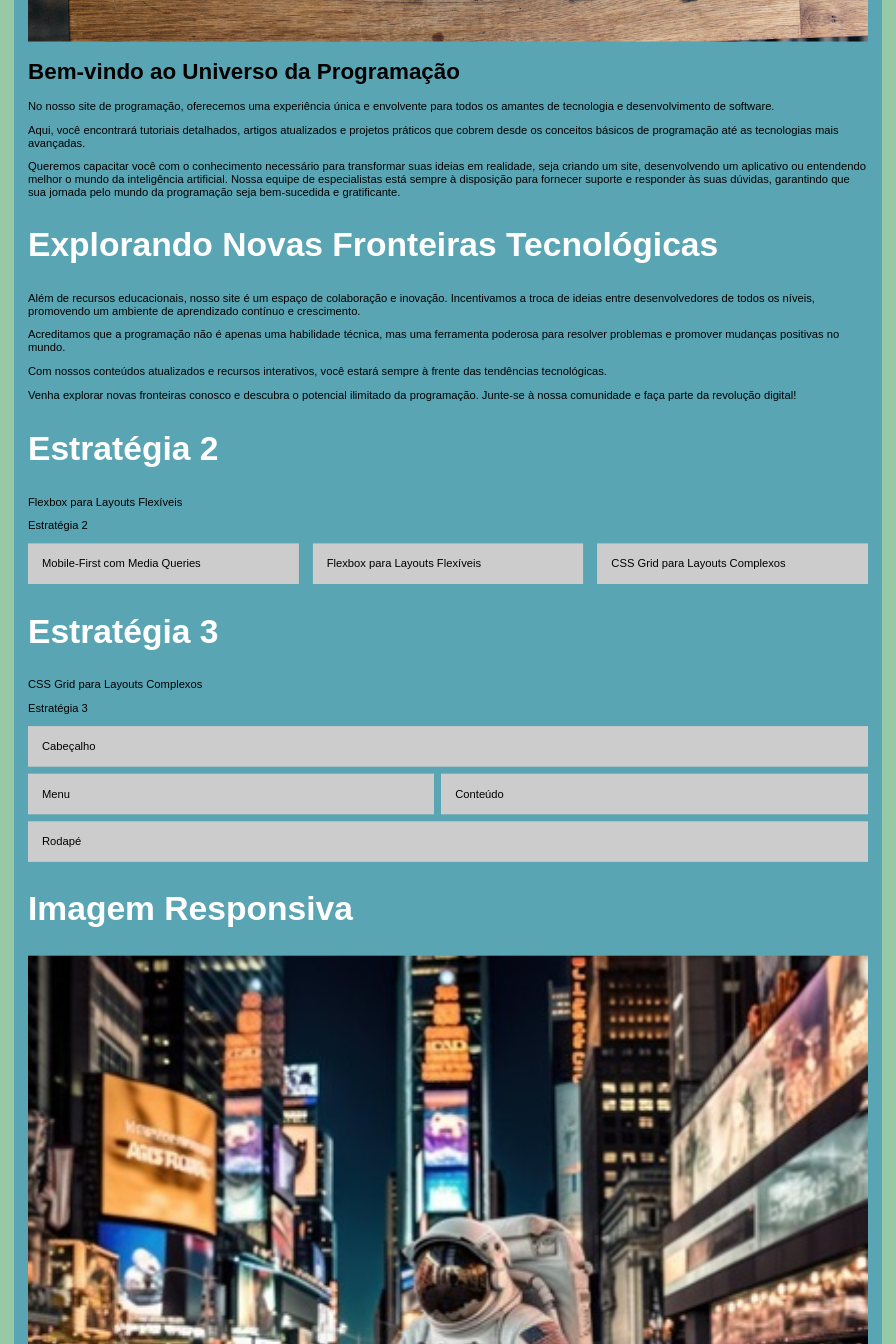
Repository: douglasabnovato/model-lp
Page: index.html
An editor plug-in stored every save of this project. The page is shown before and after a run of saves, followed by the edit.
The browser window is 1280 px wide. The pictures show the part of the page from y = 935 to 2855 px (the page is 7201 px tall before and 7235 px after), at 70% of full size.

Above is the page before, as saved 2025-02-25 17:24:39.

After the next 2 saves:
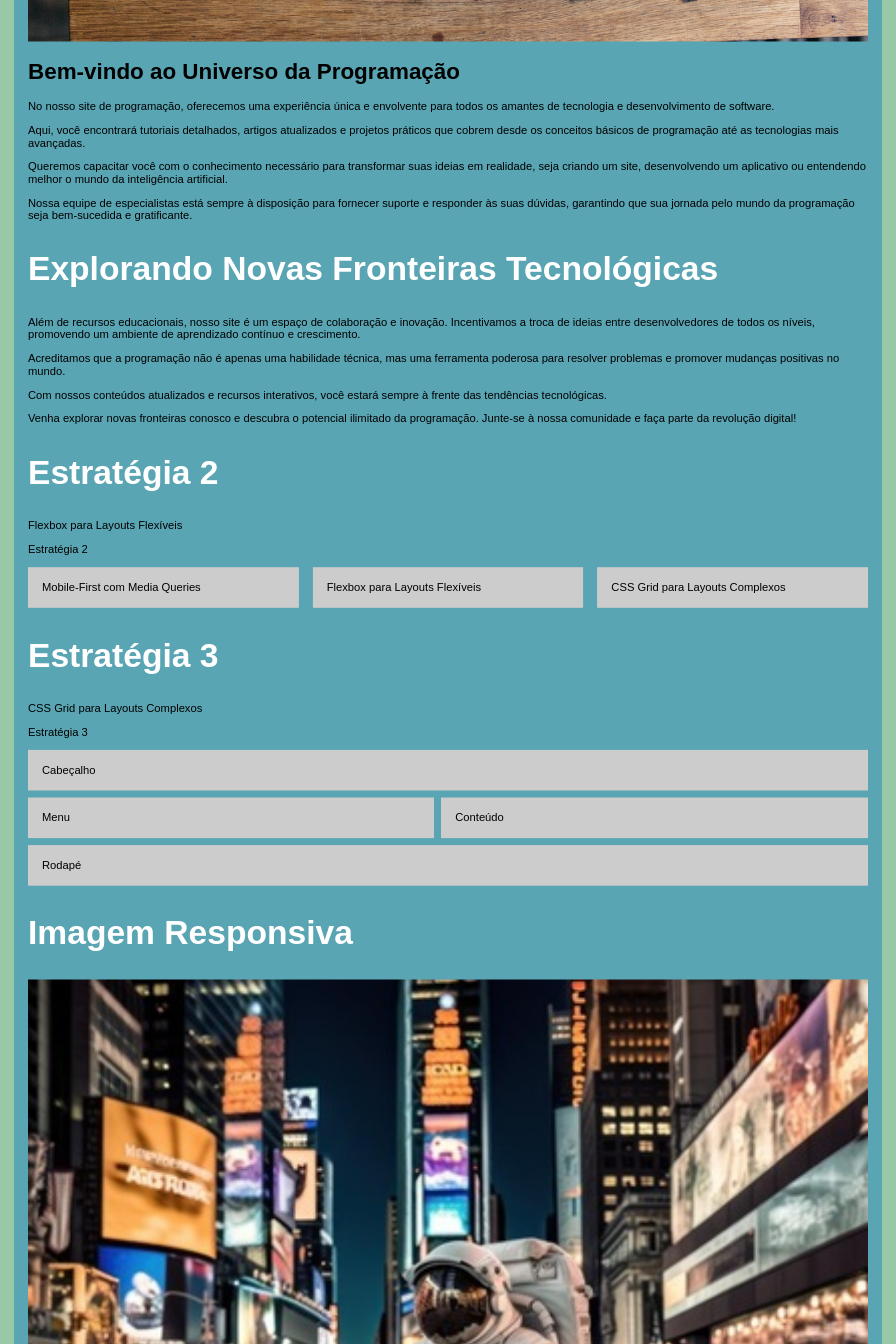
The 2 saves are shown as one change because they came seconds apart.
The last was saved 8 s later.
--- a/index.html
+++ b/index.html
@@ -18,15 +18,22 @@
       <p>
         No nosso site de programação, oferecemos uma experiência única e
         envolvente para todos os amantes de tecnologia e desenvolvimento de
-        software.</p><p> Aqui, você encontrará tutoriais detalhados, artigos
-        atualizados e projetos práticos que cobrem desde os conceitos básicos de
-        programação até as tecnologias mais avançadas.</p><p> Queremos capacitar você
-        com o conhecimento necessário para transformar suas ideias em realidade,
-        seja criando um site, desenvolvendo um aplicativo ou entendendo melhor o
-        mundo da inteligência artificial. Nossa equipe de especialistas está
-        sempre à disposição para fornecer suporte e responder às suas dúvidas,
-        garantindo que sua jornada pelo mundo da programação seja bem-sucedida e
-        gratificante.
+        software.
+      </p>
+      <p>
+        Aqui, você encontrará tutoriais detalhados, artigos atualizados e
+        projetos práticos que cobrem desde os conceitos básicos de programação
+        até as tecnologias mais avançadas.
+      </p>
+      <p>
+        Queremos capacitar você com o conhecimento necessário para transformar
+        suas ideias em realidade, seja criando um site, desenvolvendo um
+        aplicativo ou entendendo melhor o mundo da inteligência artificial.
+      </p>
+      <p>
+        Nossa equipe de especialistas está sempre à disposição para fornecer
+        suporte e responder às suas dúvidas, garantindo que sua jornada pelo
+        mundo da programação seja bem-sucedida e gratificante.
       </p>
 
       <h2>Explorando Novas Fronteiras Tecnológicas</h2>
